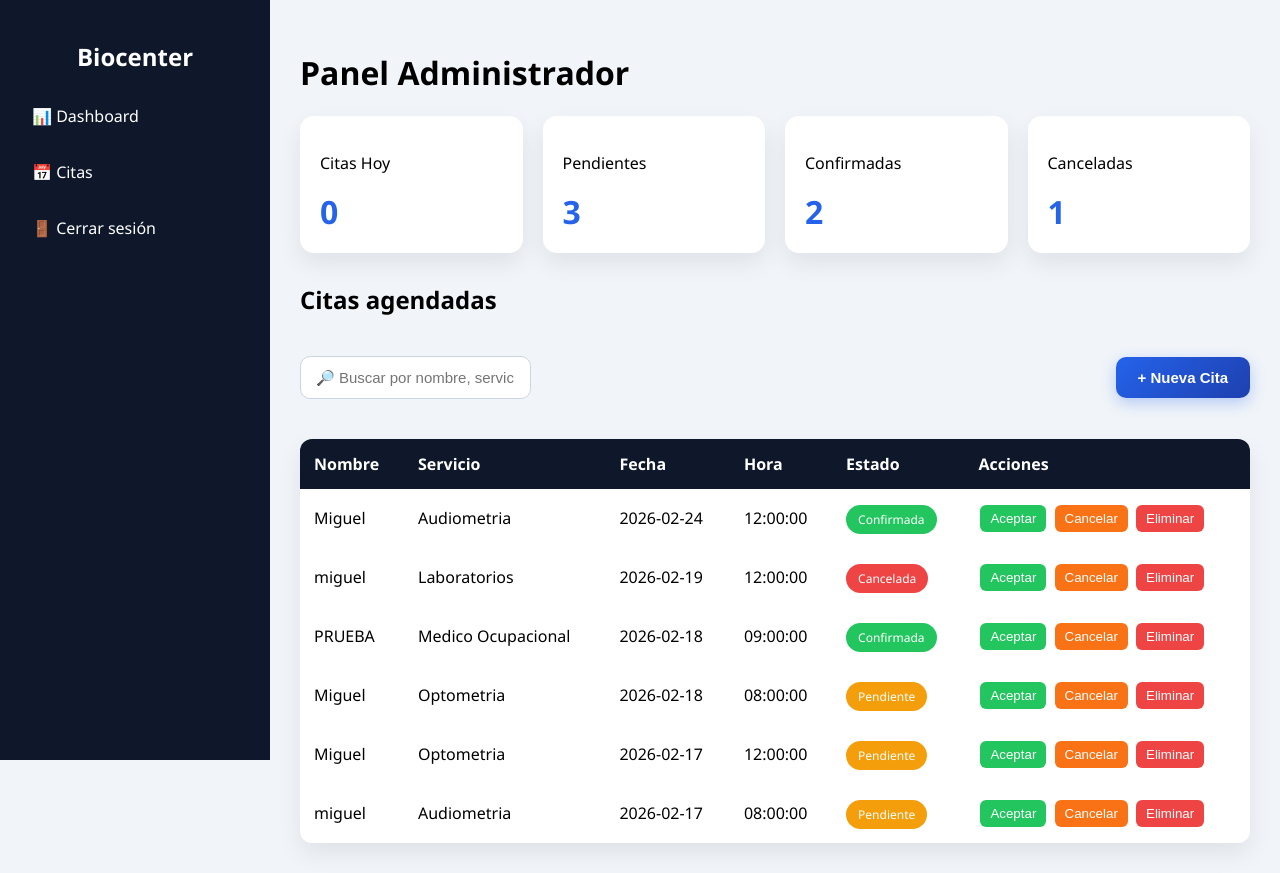
Repository: Miguelperdomo/Biocenter
Page: http://localhost/public_html/PHP/panel.php
The author's editor kept a copy of each file at every save. The page is drawn from the files as they stood at one save, then again after the next save.
The browser window is 1280 px wide. The pictures show the whole page.
The page is run by PHP 8.4 with error messages shown; the project is at /var/www/html/. The session is filled in as if someone had signed in: {"admin": {"id": 1, "usuario": "admin", "email": "perdomomiguel2004@gmail.com"}}. Other server files are loaded and not shown. The database holds what the project's SQL file puts in it.

Above is the page before, as saved 2026-02-19 10:34:02.

### PHP/panel.php
<?php
session_start();
require "../conection/conexion.php";

if(!isset($_SESSION['admin'])){
    header("Location: ../login.php");
    exit();
}

/* CONTADORES */
$hoy = date("Y-m-d");

$citasHoy = $conn->query("SELECT COUNT(*) total FROM citas WHERE fecha='$hoy'")->fetch_assoc()['total'];
$pendientes = $conn->query("SELECT COUNT(*) total FROM citas WHERE estado='Pendiente'")->fetch_assoc()['total'];
$confirmadas = $conn->query("SELECT COUNT(*) total FROM citas WHERE estado='Confirmada'")->fetch_assoc()['total'];
$canceladas = $conn->query("SELECT COUNT(*) total FROM citas WHERE estado='Cancelada'")->fetch_assoc()['total'];

$citas = $conn->query("SELECT * FROM citas ORDER BY fecha DESC, hora DESC");
?>

<!DOCTYPE html>
<html lang="es">
<head>
<meta charset="UTF-8">
<meta name="viewport" content="width=device-width, initial-scale=1.0">
<title>Panel Administrador</title>

<style>

/* ===== GENERAL ===== */
body{
    margin:0;
    font-family:'Segoe UI';
    display:flex;
    background:#f1f5f9;
}

/* ===== SIDEBAR ===== */
.sidebar{
    width:230px;
    background:#0f172a;
    height:100vh;
    color:white;
    padding:20px;
}

.sidebar h2{text-align:center;}

.sidebar a{
    display:block;
    color:white;
    text-decoration:none;
    padding:12px;
    margin:10px 0;
    border-radius:8px;
    transition:.3s;
}

.sidebar a:hover{background:#2563eb;}

/* ===== CONTENIDO ===== */
.main{flex:1;padding:30px;}

.cards{
    display:grid;
    grid-template-columns:repeat(auto-fit,minmax(200px,1fr));
    gap:20px;
    margin-bottom:30px;
}

.card{
    background:white;
    padding:20px;
    border-radius:14px;
    box-shadow:0 10px 25px rgba(0,0,0,.08);
}

.card h3{margin:0;font-size:32px;color:#2563eb;}

/* ===== TABLA ===== */
table{
    width:100%;
    border-collapse:collapse;
    background:white;
    border-radius:12px;
    overflow:hidden;
    box-shadow:0 10px 25px rgba(0,0,0,.08);
}

th,td{padding:14px;text-align:left;}
th{background:#0f172a;color:white;}

.estado{
    padding:6px 12px;
    border-radius:20px;
    color:white;
    font-size:12px;
}
.pendiente{background:#f59e0b;}
.confirmada{background:#22c55e;}
.cancelada{background:#ef4444;}

.btn{
    padding:6px 10px;
    border:none;
    border-radius:6px;
    color:white;
    cursor:pointer;
    margin:2px;
}
.accept{background:#22c55e;}
.cancel{background:#f97316;}
.delete{background:#ef4444;}

/* ===== MODAL PREMIUM ===== */
.modal{
    display:none;
    position:fixed;
    inset:0;
    background:rgba(15,23,42,.7);
    backdrop-filter:blur(6px);
    justify-content:center;
    align-items:center;
}

.modal-content{
    background:white;
    border-radius:18px;
    padding:35px;
    width:90%;
    max-width:420px;
    text-align:center;
    box-shadow:0 20px 50px rgba(0,0,0,.25);
}

.modal-icon{font-size:50px;margin-bottom:15px;}

.modal-actions{
    display:flex;
    gap:15px;
    margin-top:20px;
}

.modal-actions button{
    flex:1;
    padding:12px;
    border:none;
    border-radius:10px;
    font-weight:600;
    cursor:pointer;
}

.btn-primary{background:#2563eb;color:white;}
.btn-secondary{background:#e2e8f0;color:#334155;}

/* BUSCADOR PROFESIONAL */

/* BUSCADOR PROFESIONAL IZQUIERDA */

.search-box{
    margin-bottom:20px;
    display:flex;
    justify-content:flex-start; /* 👈 CAMBIO CLAVE */
}

.search-box input{
    width:350px;
    max-width:100%;
    padding:12px 15px;
    border-radius:10px;
    border:1px solid #cbd5e1;
    font-size:15px;
    transition:.3s;
    background:#fff;
}
.search-box{
    margin:20px 0;
}

.search-box input{
    width:100%;
    max-width:400px;
}



.search-box input:focus{
    outline:none;
    border-color:#2563eb;
    box-shadow:0 0 8px rgba(37,99,235,.25);
}

/* CONTENEDOR BUSCADOR + BOTON */

.search-container{
    display:flex;
    justify-content:space-between;
    align-items:center;
    flex-wrap:wrap;
    gap:15px;
    margin:20px 0;
}

/* BOTON NUEVA CITA PREMIUM */

.btn-new{
    background:linear-gradient(135deg,#2563eb,#1e40af);
    color:white;
    border:none;
    padding:12px 22px;
    border-radius:10px;
    font-weight:600;
    cursor:pointer;
    font-size:15px;
    box-shadow:0 5px 15px rgba(37,99,235,.3);
    transition:.3s;
}

.btn-new:hover{
    transform:translateY(-2px);
    box-shadow:0 10px 20px rgba(37,99,235,.4);
}



</style>
</head>

<body>

<div class="sidebar">
<h2>Biocenter</h2>
<a href="panel.php">📊 Dashboard</a>
<a href="#">📅 Citas</a>
<a href="logout.php">🚪 Cerrar sesión</a>
</div>

<div class="main">

<h1>Panel Administrador</h1>

<div class="cards">
<div class="card"><p>Citas Hoy</p><h3><?=$citasHoy?></h3></div>
<div class="card"><p>Pendientes</p><h3><?=$pendientes?></h3></div>
<div class="card"><p>Confirmadas</p><h3><?=$confirmadas?></h3></div>
<div class="card"><p>Canceladas</p><h3><?=$canceladas?></h3></div>
</div>

<h2>Citas agendadas</h2>

<div class="search-container">

    <div class="search-box">
        <input type="text" id="buscarCita" placeholder="🔎 Buscar por nombre, servicio, fecha o estado...">
    </div>

    <button class="btn-new" onclick="nuevaCita()">
        + Nueva Cita
    </button>

</div>


<table>
<tr>
<th>Nombre</th>
<th>Servicio</th>
<th>Fecha</th>
<th>Hora</th>
<th>Estado</th>
<th>Acciones</th>
</tr>

<?php while($row=$citas->fetch_assoc()): ?>

<tr>
<td><?=$row['nombre_completo']?></td>
<td><?=$row['tipo_servicio']?></td>
<td><?=$row['fecha']?></td>
<td><?=$row['hora']?></td>

<td>
<span class="estado
<?= $row['estado']=="Pendiente"?"pendiente":($row['estado']=="Confirmada"?"confirmada":"cancelada") ?>">
<?=$row['estado']?>
</span>
</td>

<td>
<button class="btn accept" onclick="confirmar(<?=$row['id']?>,'confirmar')">Aceptar</button>
<button class="btn cancel" onclick="confirmar(<?=$row['id']?>,'cancelar')">Cancelar</button>
<button class="btn delete" onclick="confirmar(<?=$row['id']?>,'eliminar')">Eliminar</button>
</td>
</tr>

<?php endwhile; ?>
</table>

</div>

<!-- MODAL CONFIRM -->
<div id="modalConfirm" class="modal">
<div class="modal-content">
<div class="modal-icon" id="icono">⚠️</div>
<h2 id="titulo"></h2>
<p id="texto"></p>
<div class="modal-actions">
<button class="btn-primary" onclick="ejecutar()">Confirmar</button>
<button class="btn-secondary" onclick="cerrar()">Cancelar</button>
</div>
</div>
</div>

<form id="formAccion" method="POST" action="accion_cita.php">
<input type="hidden" name="id" id="idCita">
<input type="hidden" name="accion" id="accionCita">
</form>

<script>

let idActual="";
let accionActual="";

function confirmar(id,accion){

idActual=id;
accionActual=accion;

document.getElementById("modalConfirm").style.display="flex";

if(accion=="confirmar"){
icono.innerHTML="🟢";
titulo.innerText="Confirmar Cita";
texto.innerText="¿Deseas confirmar esta cita médica?";
}

if(accion=="cancelar"){
icono.innerHTML="🟠";
titulo.innerText="Cancelar Cita";
texto.innerText="¿Deseas cancelar esta cita?";
}

if(accion=="eliminar"){
icono.innerHTML="🔴";
titulo.innerText="Eliminar Cita";
texto.innerText="Esta acción no se puede deshacer.";
}
}

function cerrar(){
document.getElementById("modalConfirm").style.display="none";
}

function ejecutar(){
document.getElementById("idCita").value=idActual;
document.getElementById("accionCita").value=accionActual;
document.getElementById("formAccion").submit();
}

</script>

<script>

const buscador = document.getElementById("buscarCita");

buscador.addEventListener("keyup", function(){

    let filtro = buscador.value.toLowerCase();
    let filas = document.querySelectorAll("table tr");

    filas.forEach((fila, index) => {

        if(index === 0) return; // saltar encabezado

        let texto = fila.textContent.toLowerCase();

        if(texto.includes(filtro)){
            fila.style.display = "";
        }else{
            fila.style.display = "none";
        }

    });

});

</script>
<script>

function nuevaCita(){
    window.location.href = "../formulario.php";
}

</script>


</body>
</html>

### conection/conexion.php
<?php
$host="localhost";
$user="root";
$pass="";
$db="biocenter";

$conn=new mysqli($host,$user,$pass,$db);

if($conn->connect_error){
    die("Error de conexión");
}
?>

### biocenter (2).sql (the tables this page reads)
CREATE TABLE `citas` (
  `id` int(11) NOT NULL,
  `nombre_completo` varchar(150) NOT NULL,
  `email` varchar(120) NOT NULL,
  `telefono` varchar(20) NOT NULL,
  `tipo_servicio` enum('Medico Ocupacional','Optometria','Audiometria','Laboratorios') NOT NULL,
  `tipo_usuario` enum('Persona Natural','Empresa') NOT NULL,
  `fecha` date NOT NULL,
  `hora` time NOT NULL,
  `estado` enum('Pendiente','Confirmada','Cancelada') DEFAULT 'Pendiente',
  `fecha_registro` timestamp NOT NULL DEFAULT current_timestamp(),
  `observaciones` text DEFAULT NULL
) ENGINE=InnoDB DEFAULT CHARSET=utf8mb4 COLLATE=utf8mb4_general_ci;

INSERT INTO `citas` (`id`, `nombre_completo`, `email`, `telefono`, `tipo_servicio`, `tipo_usuario`, `fecha`, `hora`, `estado`, `fecha_registro`, `observaciones`) VALUES
(1, 'Miguel', 'sistemas@gamil.com', '3160539301', 'Optometria', 'Persona Natural', '2026-02-18', '08:00:00', 'Pendiente', '2026-02-17 17:58:15', 'Pruebaaa'),
(2, 'PRUEBA', 'thebugscompile@gmail.com', '3133854821', 'Medico Ocupacional', 'Empresa', '2026-02-18', '09:00:00', 'Confirmada', '2026-02-17 18:01:56', 'Purba'),
(3, 'miguel', 'biocentersaludocupacional@gmail.com', '3123591195', 'Laboratorios', 'Empresa', '2026-02-19', '12:00:00', 'Cancelada', '2026-02-17 18:03:08', 'sdfafaswdfasdf'),
(4, 'Miguel', 'thebugscompile@gmail.com', '3160539301', 'Optometria', 'Empresa', '2026-02-17', '12:00:00', 'Pendiente', '2026-02-17 18:10:38', 'sdds'),
(5, 'miguel', 'biocentersaludocupacional@gmail.com', '3133854821', 'Audiometria', 'Empresa', '2026-02-17', '08:00:00', 'Pendiente', '2026-02-17 18:13:50', 'VJF'),
(6, 'Miguel', 'thebugscompile@gmail.com', '3133854821', 'Audiometria', 'Empresa', '2026-02-24', '12:00:00', 'Confirmada', '2026-02-17 18:19:38', 'prueba');

ALTER TABLE `citas`
  ADD PRIMARY KEY (`id`);

ALTER TABLE `citas`
  MODIFY `id` int(11) NOT NULL AUTO_INCREMENT, AUTO_INCREMENT=8;

After the next save:
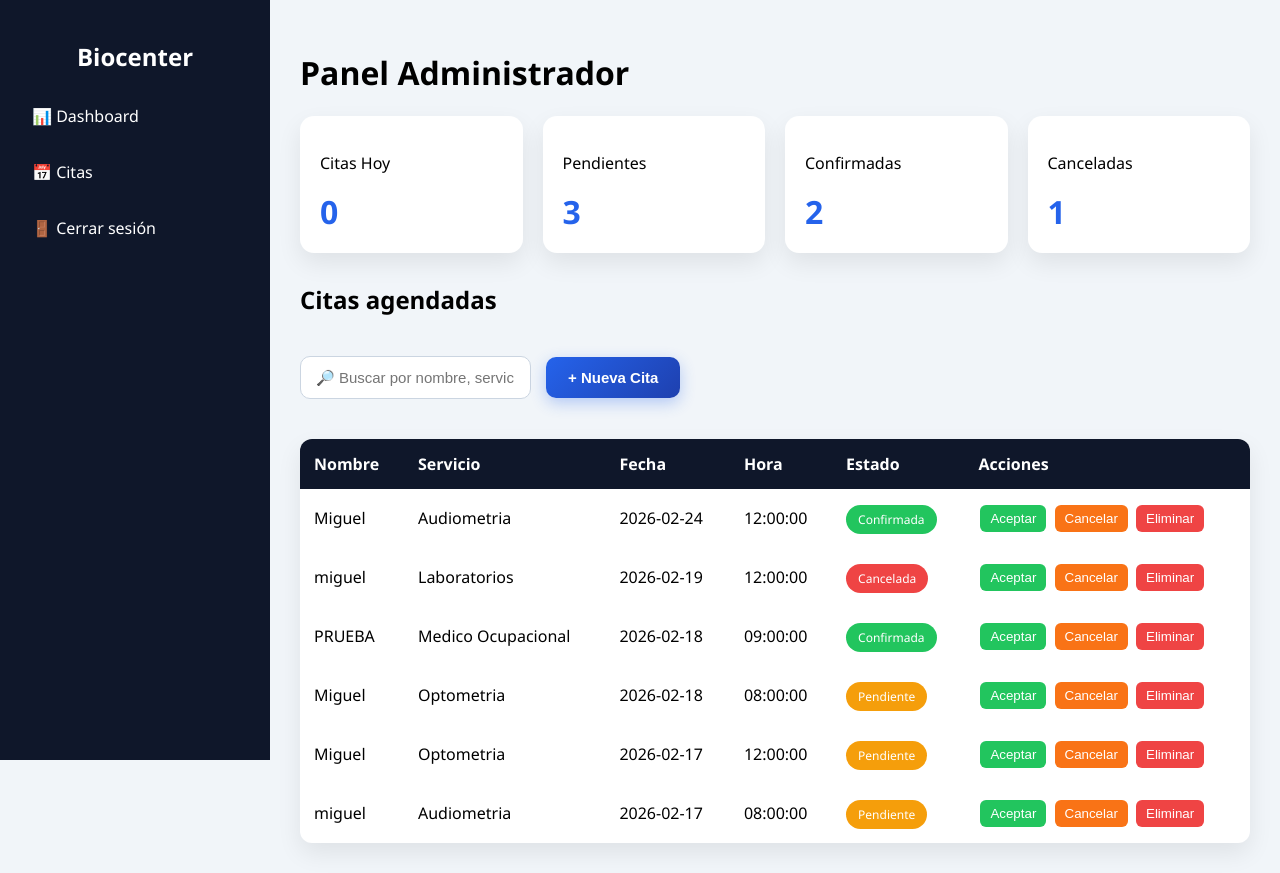
Saved 2 min 16 s later.
--- a/PHP/panel.php
+++ b/PHP/panel.php
@@ -194,9 +194,7 @@ th{background:#0f172a;color:white;}
 
 .search-container{
     display:flex;
-    justify-content:space-between;
     align-items:center;
-    flex-wrap:wrap;
     gap:15px;
     margin:20px 0;
 }
